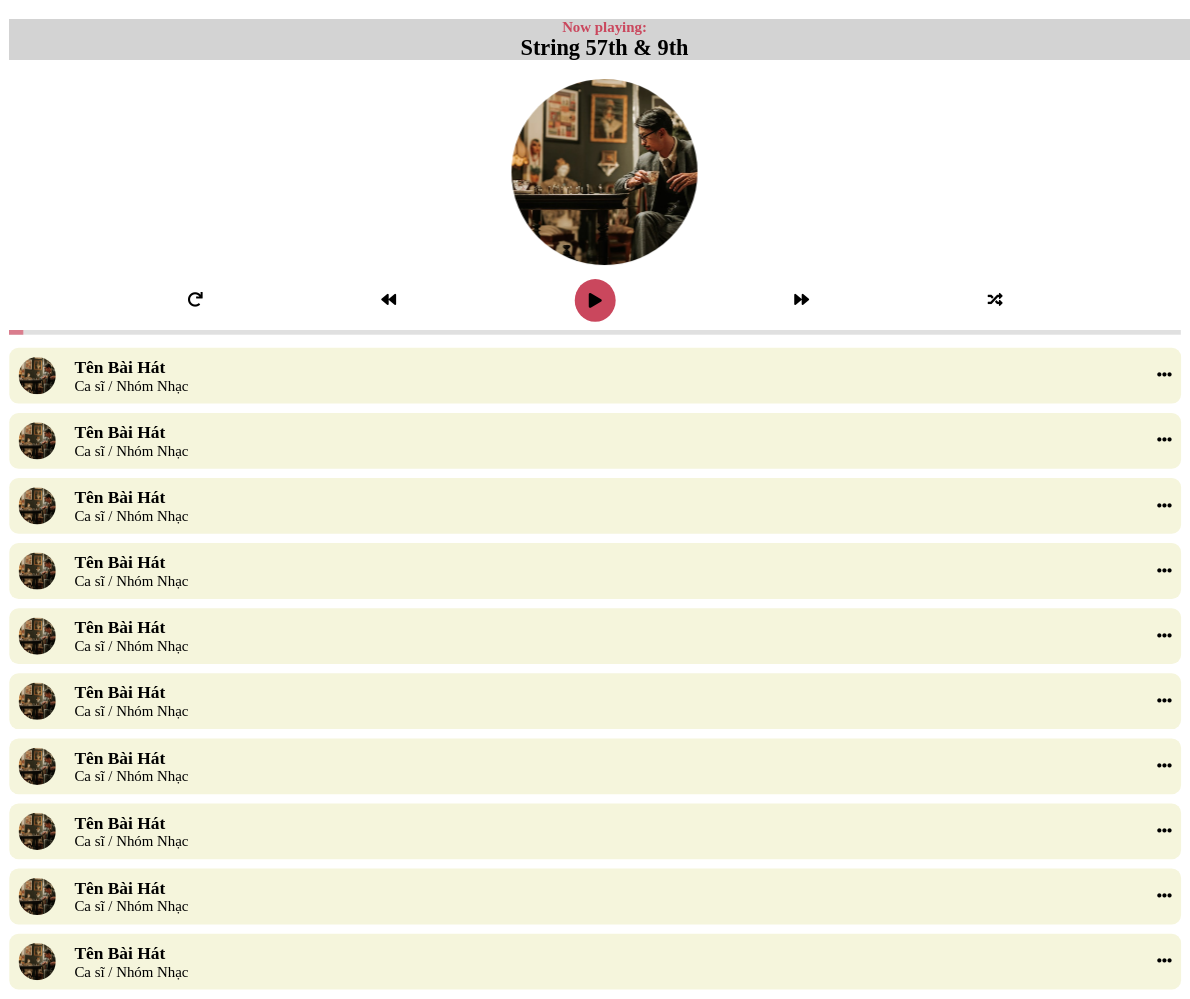
Repository: dovanthao2404/AppMusicPlayer
Page: index.html
The author's editor kept a copy of each file at every save. The page is drawn from the files as they stood at one save, then again after the next save.
The browser window is 1280 px wide. The pictures show the whole page, at 93% of full size.

Above is the page before, as saved 2021-06-28 11:10:54.

After the next save:
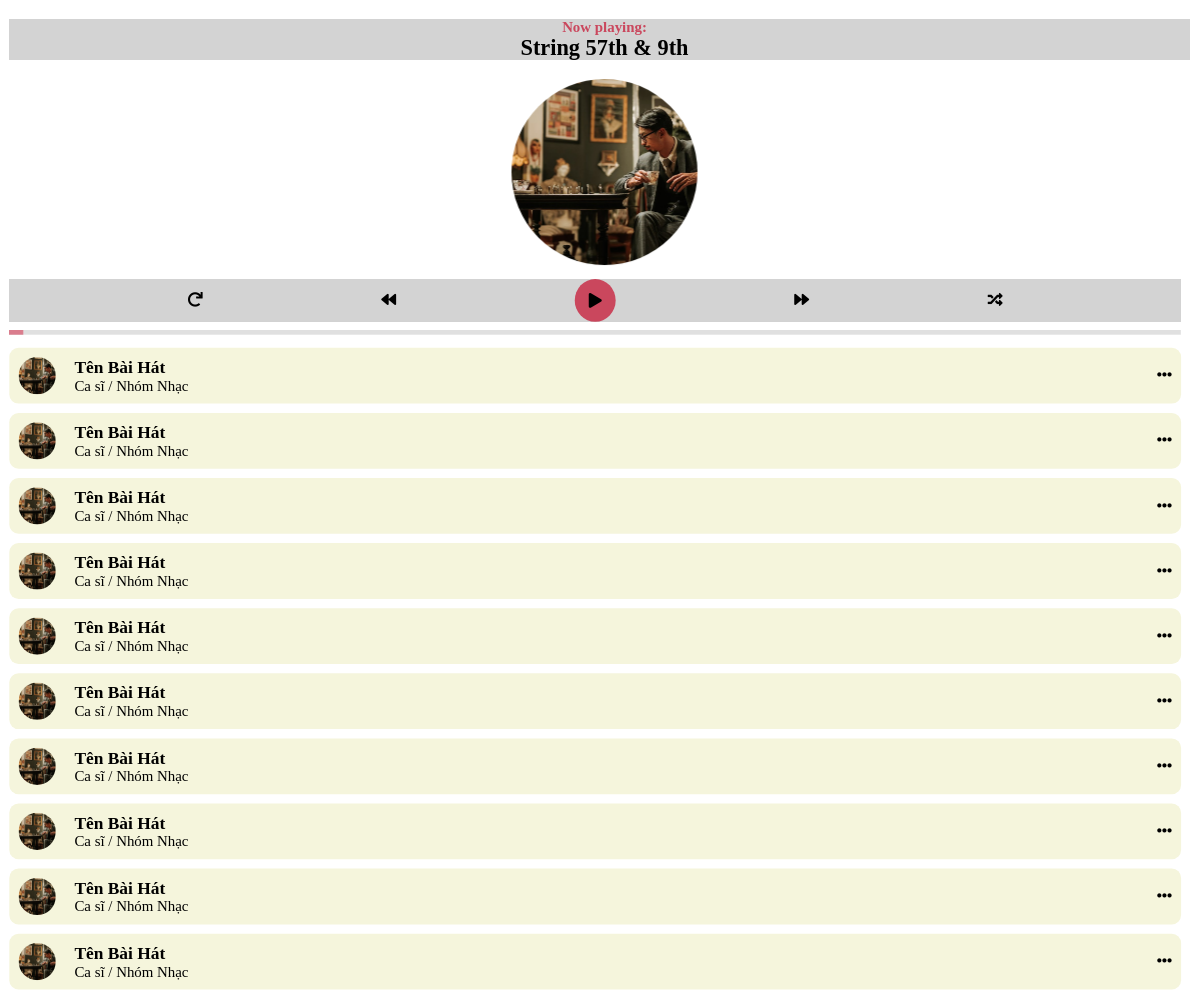
Saved 12 s later.
--- a/css/app.css
+++ b/css/app.css
@@ -24,6 +24,7 @@ header h4 {
   position: fixed;
   top: 85px;
   width: 100%;
+  background-color: #d3d3d3;
   z-index: 9999;
 }
 .cd .thumb {
@@ -47,6 +48,7 @@ header h4 {
   margin-top: 300px;
   position: sticky;
   top: 85px;
+  background-color: #d3d3d3;
   z-index: 9999;
 }
 .btn-toggle-play .fa {
@@ -67,6 +69,7 @@ header h4 {
   transition: opacity 0.2s;
   position: sticky;
   top: 145px;
+  background-color: #d3d3d3;
   z-index: 9999;
 }
 .progress::-webkit-slider-thumb {
